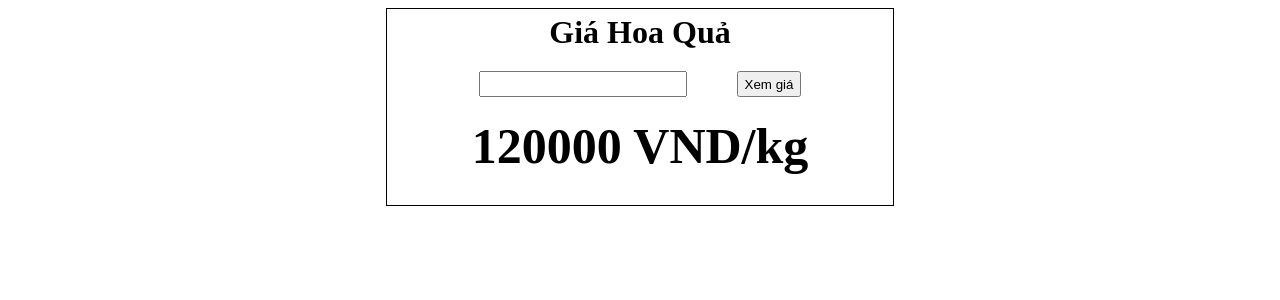
Repository: tungts3qb/BTCodeGym
Page: giahoaqua.html
These files come from the project's save history. The page is drawn as it stood at one moment and after the next save; the edit follows.
The browser window is 1280 px wide. The pictures show the whole page.

Above is the page before, as saved 2023-01-04 11:47:08.

After the next save:
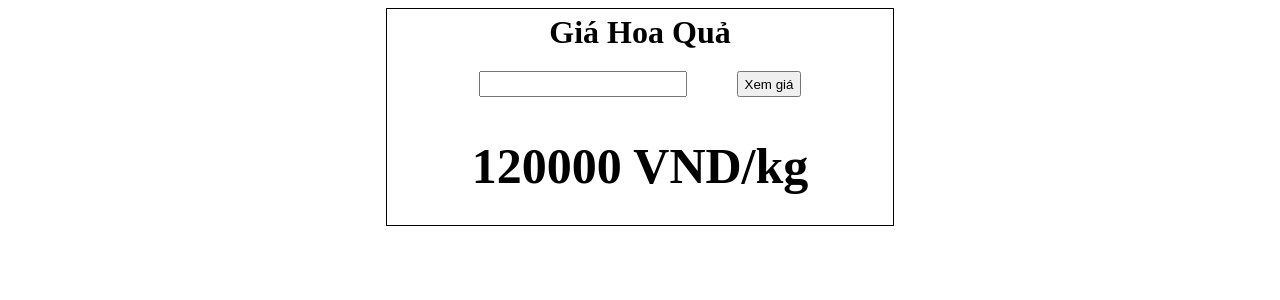
Saved 6 s later.
--- a/giahoaqua.html
+++ b/giahoaqua.html
@@ -41,7 +41,7 @@
         font-size: 50px;
       }
       .result {
-        margin-top: 10px;
+        margin-top: 30px;
         margin-bottom: 30px;
       }
     </style>
